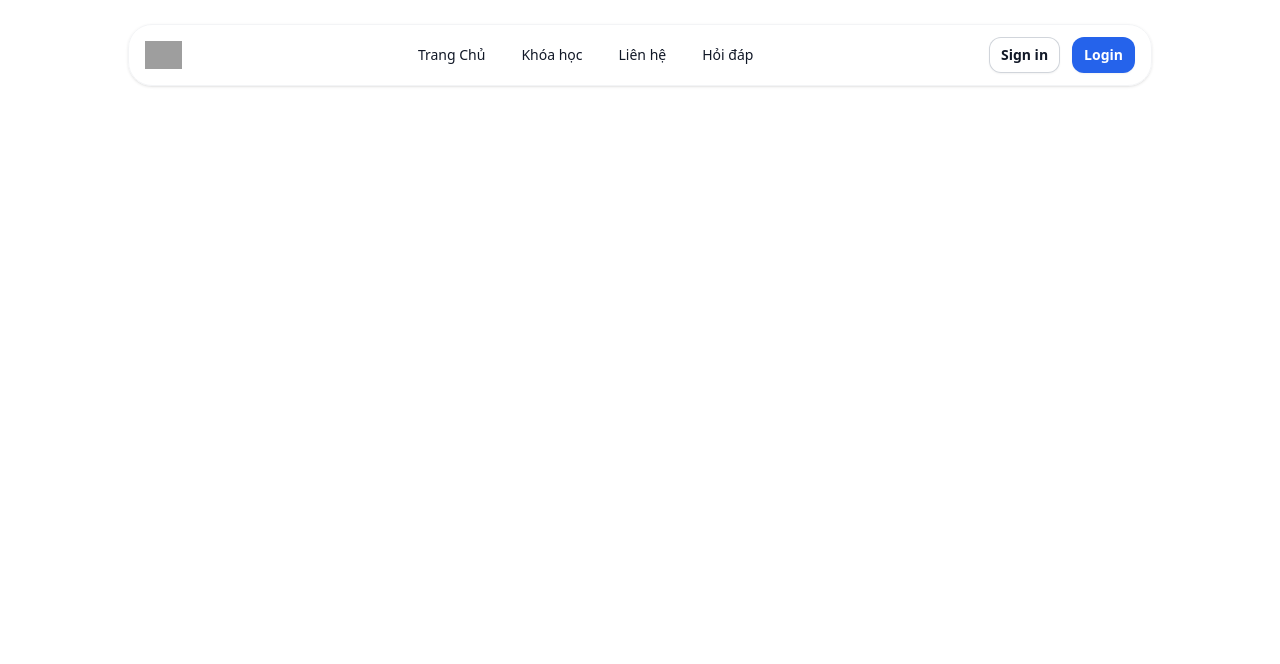
Repository: HzTung/quiz_laravel_vue
Page: / (app in Frontend/)
An editor plug-in stored every save of this project. The page is shown before and after the next save, followed by the edit.
The browser window is 1280 px wide. The pictures show the whole page.
Pictures or frames that could not be fetched are drawn as grey boxes. The project was rebuilt for these pictures with package versions that can differ from the ones it lists, and the page was loaded fresh each time. Also part of the build but not shown: Frontend/vite.config.js, Frontend/src/views/Login.vue, Frontend/src/views/SignUp.vue.

Above is the page before, as saved 2024-08-09 12:51:45.

### Frontend/src/main.js
import { createApp } from "vue";
import "tailwindcss/tailwind.css";
import "./style.css";
import router from "./router";
import App from "./App.vue";

createApp(App).use(router).mount("#app");

### Frontend/src/router/index.js
import { createRouter, createWebHistory } from "vue-router";
import Login from "../views/Login.vue";
import SignUp from "../views/SignUp.vue";
import client from "../layout/client.vue";

const routes = [
    {
        path: "/",
        name: "home",
        component: client,
        children: [
            {
                path: "login",
                name: "login",
                component: Login,
            },
            {
                path: "signup",
                name: "signup",
                component: SignUp,
            },
        ],
    },
];
const router = createRouter({
    history: createWebHistory(),
    routes,
});

export default router;

### Frontend/src/App.vue
<script setup></script>

<template><router-view></router-view></template>

<style scoped></style>

### Frontend/src/layout/client.vue
<template>
    <HeaderView></HeaderView>
    <router-view></router-view>
</template>

<script setup>
import HeaderView from "../components/HeaderView.vue";
</script>

### Frontend/src/components/HeaderView.vue
<template>
    <header
        class="fixed inset-x-0 top-0 z-30 mx-auto w-full max-w-screen-md border border-gray-100 bg-white/80 py-3 shadow backdrop-blur-lg md:top-6 md:rounded-3xl lg:max-w-screen-lg"
    >
        <div class="px-4">
            <div class="flex items-center justify-between">
                <div class="flex shrink-0">
                    <a aria-current="page" class="flex items-center" href="/">
                        <img
                            class="h-7 w-auto"
                            src="https://upload.wikimedia.org/wikipedia/commons/f/fa/Apple_logo_black.svg"
                            alt=""
                        />
                        <p class="sr-only">Website Title</p>
                    </a>
                </div>
                <div
                    class="hidden md:flex md:items-center md:justify-center md:gap-5"
                >
                    <router-link
                        :to="{ name: 'home' }"
                        aria-current="page"
                        class="inline-block rounded-lg px-2 py-1 text-sm font-medium text-gray-900 transition-all duration-200 hover:bg-gray-100 hover:text-gray-900"
                        >Trang Chủ
                    </router-link>
                    <a
                        class="inline-block rounded-lg px-2 py-1 text-sm font-medium text-gray-900 transition-all duration-200 hover:bg-gray-100 hover:text-gray-900"
                        href="#"
                        >Khóa học</a
                    >
                    <a
                        class="inline-block rounded-lg px-2 py-1 text-sm font-medium text-gray-900 transition-all duration-200 hover:bg-gray-100 hover:text-gray-900"
                        href="#"
                        >Liên hệ</a
                    >
                    <a
                        class="inline-block rounded-lg px-2 py-1 text-sm font-medium text-gray-900 transition-all duration-200 hover:bg-gray-100 hover:text-gray-900"
                        href="#"
                        >Hỏi đáp</a
                    >
                </div>
                <div class="flex items-center justify-end gap-3">
                    <a
                        class="hidden items-center justify-center rounded-xl bg-white px-3 py-2 text-sm font-semibold text-gray-900 shadow-sm ring-1 ring-inset ring-gray-300 transition-all duration-150 hover:bg-gray-50 sm:inline-flex"
                        href="/login"
                        >Sign in</a
                    >
                    <router-link :to="{ name: 'login' }"
                        ><a
                            href=""
                            class="inline-flex items-center justify-center rounded-xl bg-blue-600 px-3 py-2 text-sm font-semibold text-white shadow-sm transition-all duration-150 hover:bg-blue-500 focus-visible:outline focus-visible:outline-2 focus-visible:outline-offset-2 focus-visible:outline-blue-600"
                            >Login</a
                        ></router-link
                    >
                </div>
            </div>
        </div>
    </header>
</template>

### Frontend/src/components/FooterView.vue
<template>
    <footer
        class="mt-20 xl:mt-32 mx-auto w-full relative text-center bg-blue-600 text-white"
    >
        <div class="px-6 py-8 md:py-14 xl:pt-20 xl:pb-12">
            <h2 class="font-bold text-3xl xl:text-4xl leading-snug">
                Ready to get your productivity back?<br />Start your free trial
                today.
            </h2>
            <a
                class="mt-8 xl:mt-12 px-12 py-5 text-lg font-medium leading-tight inline-block bg-blue-800 rounded-full shadow-xl border border-transparent hover:bg-sky-700 focus:outline-none focus:ring-2 focus:ring-offset-2 focus:ring-offset-sky-999 focus:ring-sky-500"
                href="#"
                >Get started</a
            >
            <div class="mt-14 xl:mt-20">
                <nav class="flex flex-wrap justify-center text-lg font-medium">
                    <div class="px-5 py-2"><a href="#">Contact</a></div>
                    <div class="px-5 py-2"><a href="#">Pricing</a></div>
                    <div class="px-5 py-2"><a href="#">Privacy</a></div>
                    <div class="px-5 py-2"><a href="#">Terms</a></div>
                    <div class="px-5 py-2"><a href="#">Twitter</a></div>
                </nav>
                <p class="mt-7 text-base">© 2023 XYZ, LLC</p>
            </div>
        </div>
    </footer>
</template>

Loaded but not shown: Frontend/index.html (common file); Frontend/src/style.css (common file); Frontend/tailwind.config.js (common file)

After the next save:
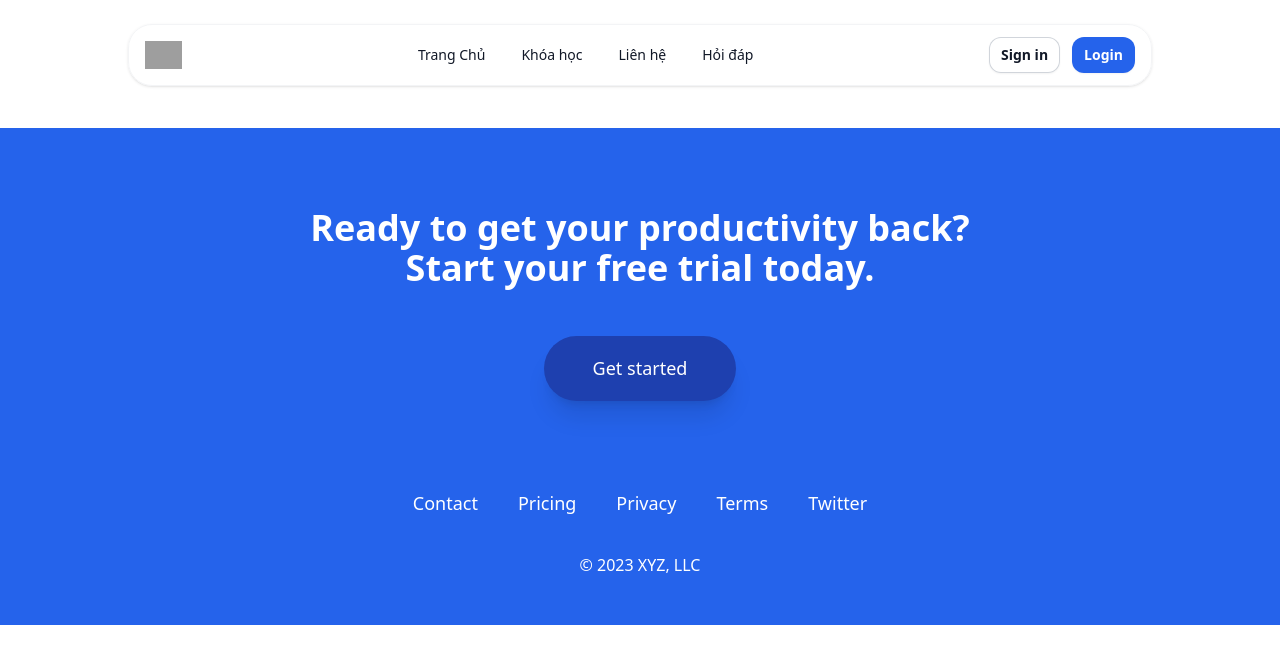
Saved 24 s later.
--- a/Frontend/src/layout/client.vue
+++ b/Frontend/src/layout/client.vue
@@ -1,8 +1,10 @@
 <template>
     <HeaderView></HeaderView>
     <router-view></router-view>
+    <FooterView></FooterView>
 </template>
 
 <script setup>
 import HeaderView from "../components/HeaderView.vue";
+import FooterView from "../components/FooterView.vue";
 </script>
